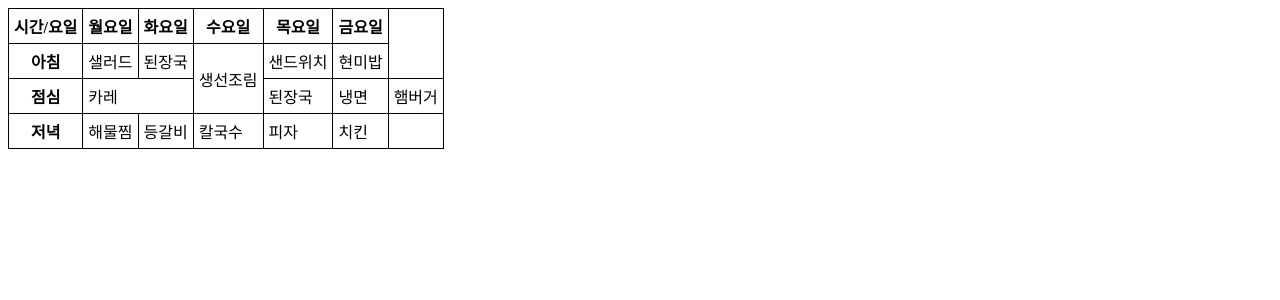
Repository: hana825/Web
Page: web/WebContent/test.html
An editor plug-in stored every save of this project. The page is shown before and after the next save, followed by the edit.
The browser window is 1280 px wide. The pictures show the whole page.

Above is the page before, as saved 2022-03-17 08:36:04.

After the next save:
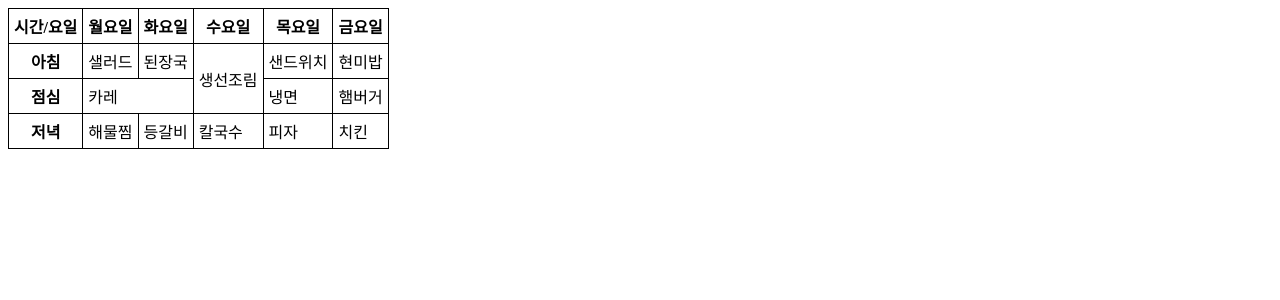
Saved 58 s later.
--- a/web/WebContent/test.html
+++ b/web/WebContent/test.html
@@ -37,7 +37,6 @@ th, td {
 	</tr>
 		<tr><th>점심</th>
 		<td colspan='2'>카레</td>
-		<td>된장국</td>
 		<td>냉면</td>
 		<td>햄버거</td>
 	</tr>
